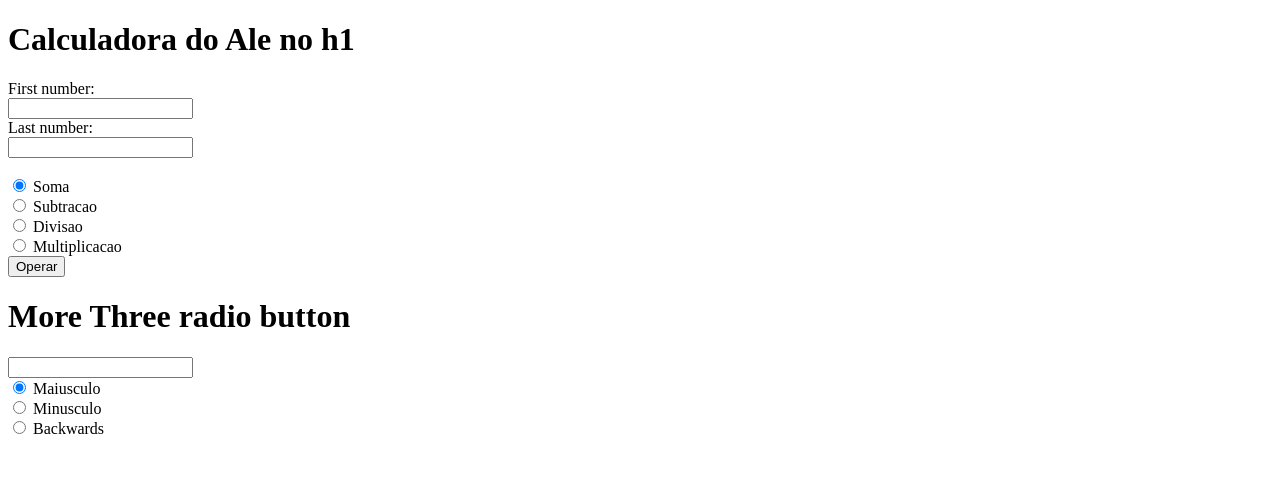
Repository: Alexandre-engelmann/git_lucas_mentory
Page: http://localhost/Calculadora/
The author's editor kept a copy of each file at every save. The page is drawn from the files as they stood at one save, then again after the next save.
The browser window is 1280 px wide. The pictures show the whole page.
The page is served by Tomcat 9. Other server files are loaded and not shown.

Above is the page before, as saved 2019-12-20 12:38:31.

### Calculadora/WebContent/index.jsp

<%@ page language="java" contentType="text/html; charset=ISO-8859-1"
    pageEncoding="ISO-8859-1"%>
<!DOCTYPE html>
<html>
<head>
<meta charset="ISO-8859-1">
<title>Calculadora</title>
</head>
<body>
<h1>Calculadora do Ale no h1
</h1>

<form action="Operation">
  First number:<br>
  <input type="text" name="firstnumber" value="">
  <br>
  Last number:<br>
  <input type="text" name="lastnumber" value="">
  <br><br>
   <input type="radio" name="Operacao" value="soma" checked> Soma<br>
  <input type="radio" name="Operacao" value="subtracao"> Subtracao<br>
  <input type="radio" name="Operacao" value="divisao"> Divisao<br>
  <input type="radio" name="Operacao" value="multiplicacao"> Multiplicacao<br>
  <input type="submit" value="Operar">
</form>

<h1>More Three radio button</h1>
<form action="String operation">
 <input type="text" name="firstnumber" value=""> <br>
<input type="radio" name="st_front" value="String_operation" checked> Maiusculo<br>
<input type="radio" name="st_front" value="String_operation"> Minusculo<br>
<input type="radio" name="st_front" value="String_operation"> Backwards<br>
</form>


</body>
</html>

After the next save:
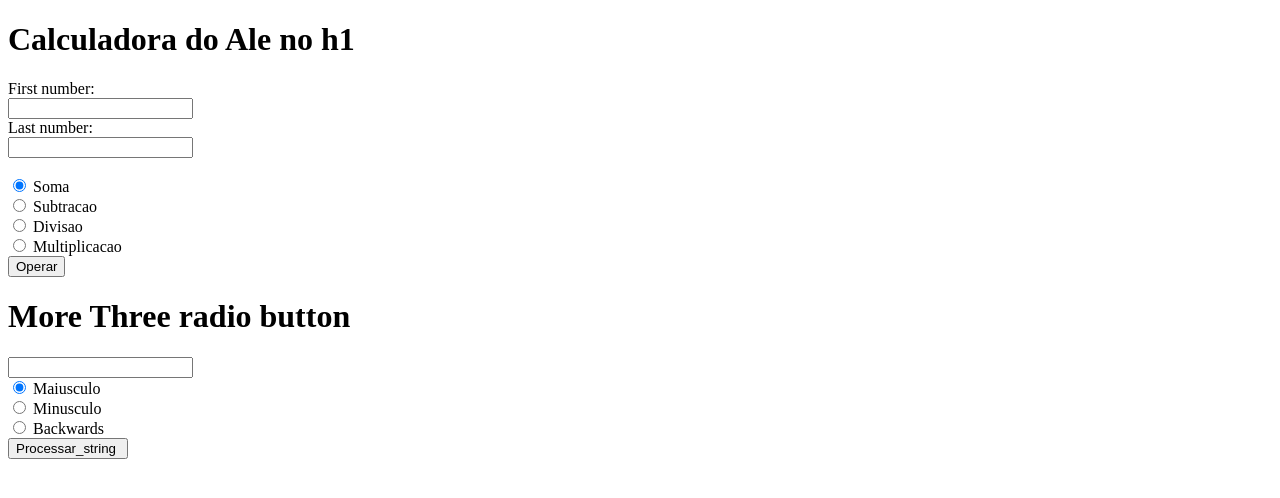
Saved 2 min 23 s later.
--- a/Calculadora/WebContent/index.jsp
+++ b/Calculadora/WebContent/index.jsp
@@ -31,6 +31,7 @@
 <input type="radio" name="st_front" value="String_operation" checked> Maiusculo<br>
 <input type="radio" name="st_front" value="String_operation"> Minusculo<br>
 <input type="radio" name="st_front" value="String_operation"> Backwards<br>
+<input type="submit" value="Processar_string ">
 </form>
 
 
